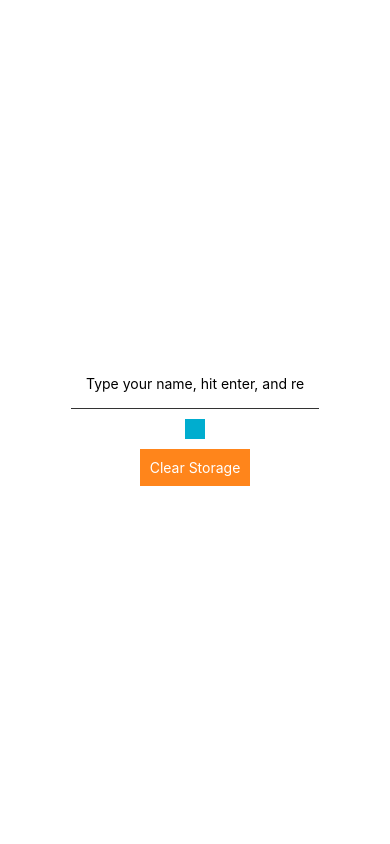
Repository: GoodHoneyCake/toy_project
Page: /
These files come from the project's save history. The page is drawn as it stood at one moment and after the next save; the edit follows.
The browser window is 390 px wide. The pictures show the whole page.
The app was drawn by React Native's web renderer in a window 390 px wide. The project was rebuilt for these pictures with package versions that can differ from the ones it lists, and the page was loaded fresh each time.

Above is the page before, as saved 2021-02-05 13:50:52.

After the next save:
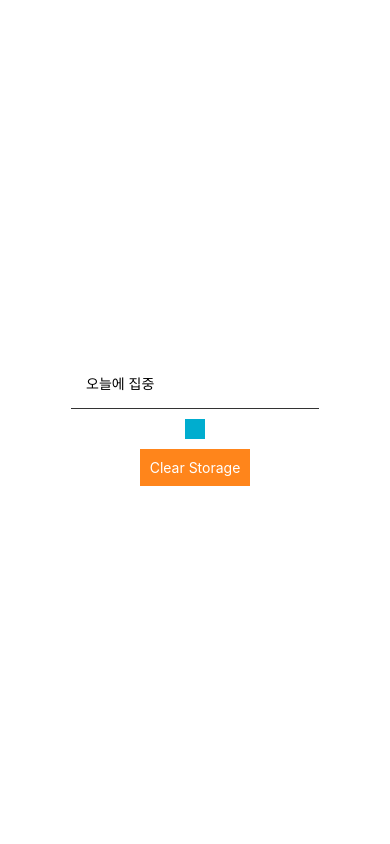
Saved 27 s later.
--- a/App.js
+++ b/App.js
@@ -69,7 +69,7 @@ class App extends React.Component {
         <TextInput
           style={styles.input}
           value={text}
-          placeholder="Type your name, hit enter, and refresh"
+          placeholder="오늘에 집중"
           onChangeText={this.onChangeText}
           onSubmitEditing={this.onSubmitEditing}
         />
